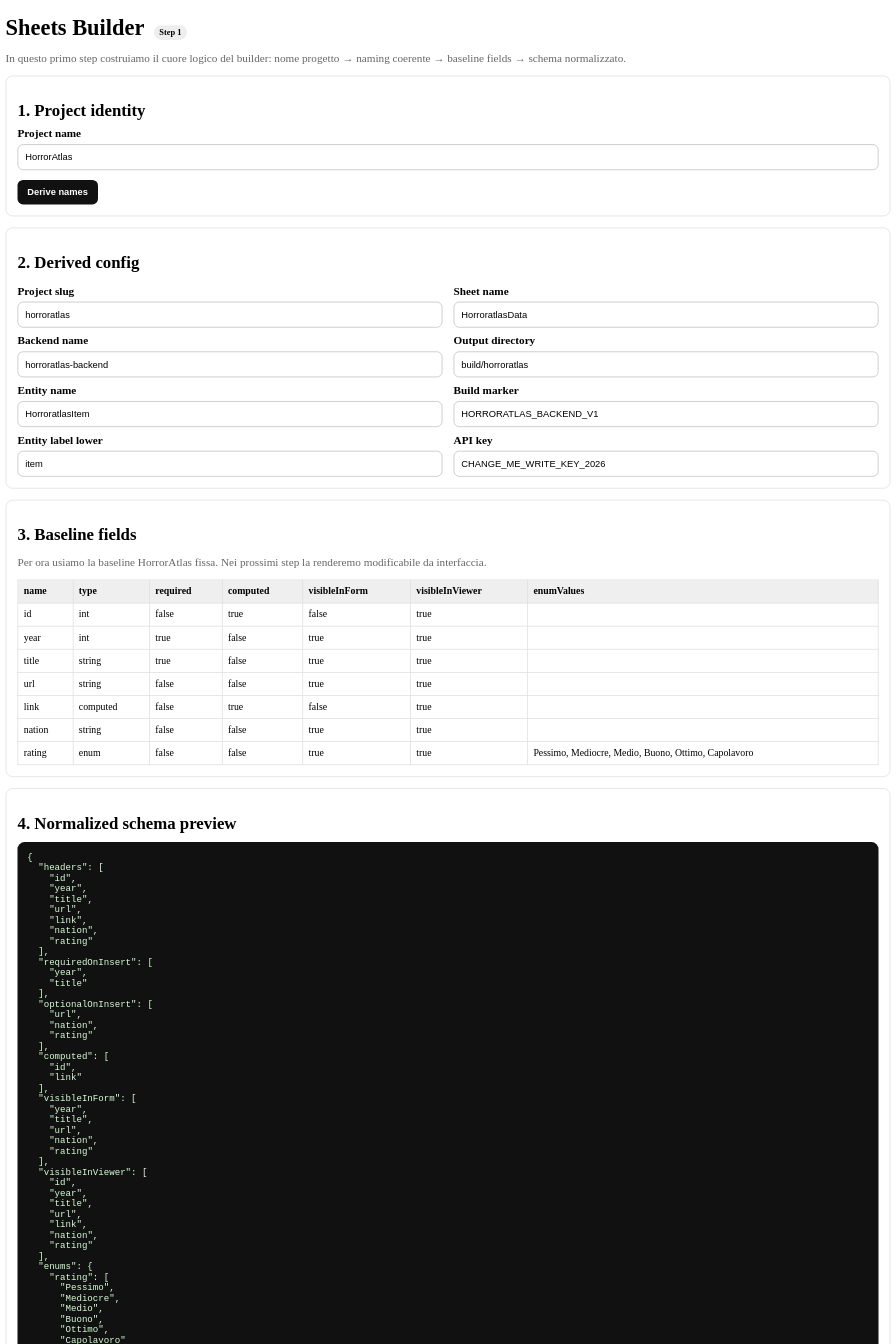
Repository: progettazionemauro/sheets.builder
Page: docs/index.html
These files come from the project's save history. The page is drawn as it stood at one moment and after the next save; the edit follows.
The browser window is 1280 px wide. The pictures show the part of the page from y = 0 to 1920 px (the page is 3627 px tall before and 3643 px after), at 70% of full size.

Above is the page before, as saved 2026-03-19 22:12:41.

After the next save:
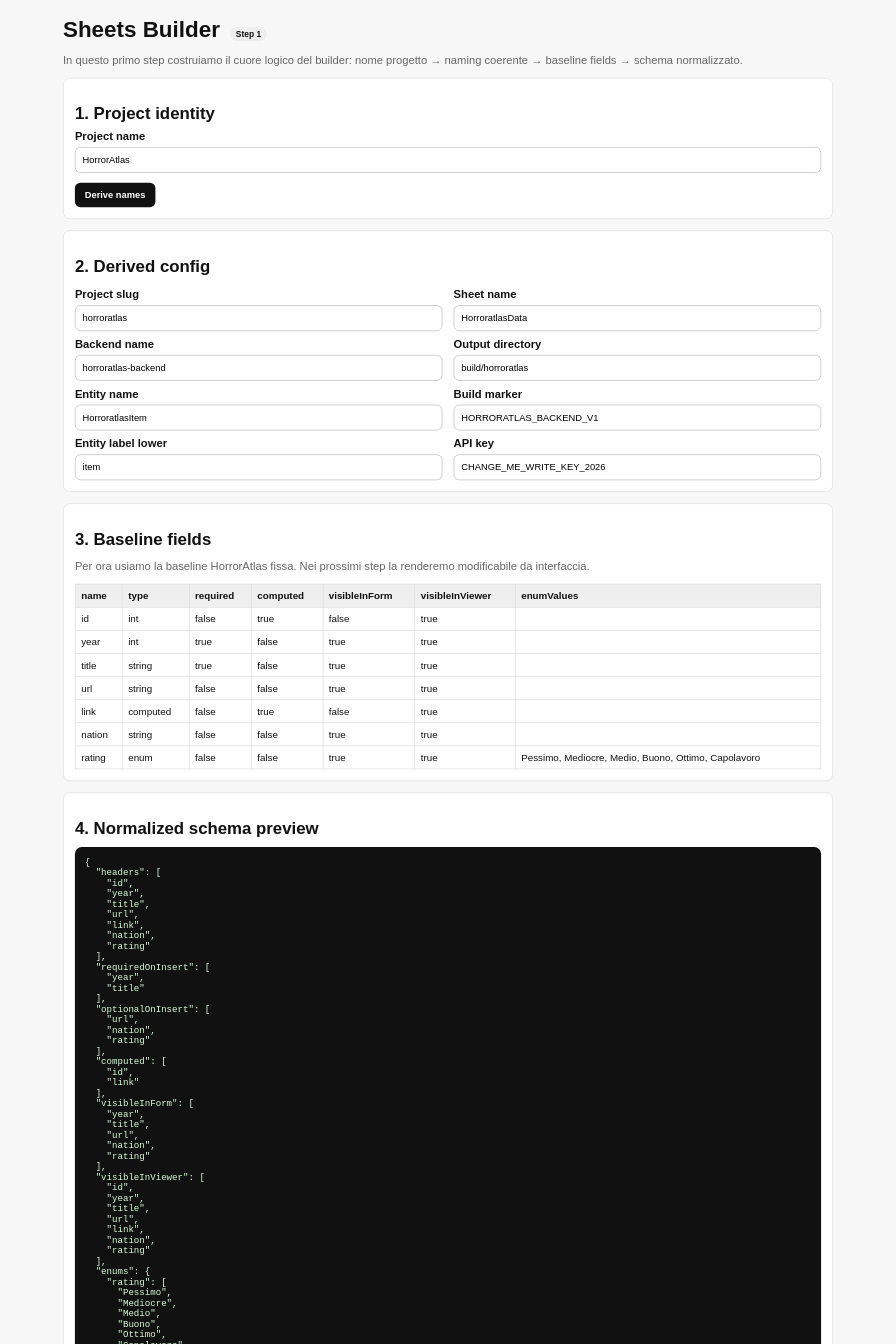
Saved 33 s later.
--- a/docs/index.html
+++ b/docs/index.html
@@ -5,16 +5,7 @@
   <meta name="viewport" content="width=device-width, initial-scale=1.0" />
   <title>Sheets Builder — Step 1</title>
   <style>
-    <div class="card">
-  <h2>6. Generate project (JSON only)</h2>
-
-  <button id="generateBtn">Generate JSON files</button>
-
-  <p class="muted">
-    Questo step genera i primi artefatti del builder:
-    project.config.json e fields.schema.json
-  </p>
-</div>
+
     body {
       font-family: Arial, sans-serif;
       max-width: 1100px;
